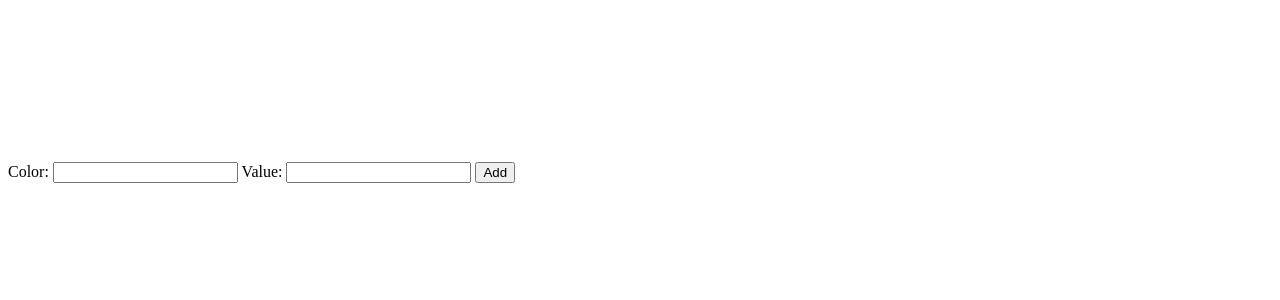
Repository: emiliaiwu/choice_wheel_spinner
Page: spin.html
The author's editor kept a copy of each file at every save. The page is drawn from the files as they stood at one save, then again after a run of saves.
The browser window is 1280 px wide. The pictures show the whole page.

Above is the page before, as saved 2023-01-11 03:12:37.

After the next 2 saves:
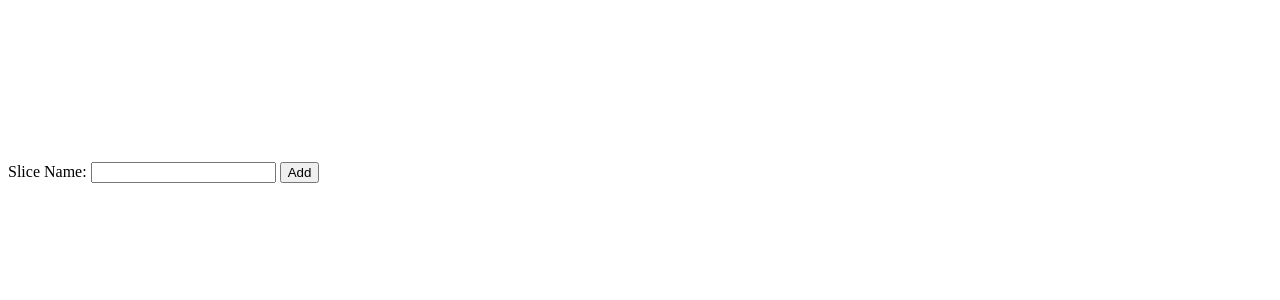
The 2 saves are shown as one change because they came seconds apart.
The last was saved 42 s later.
--- a/spin.html
+++ b/spin.html
@@ -7,16 +7,15 @@
     <title>Document</title>
 </head>
 <body>
-    <canvas id="pieChart"></canvas>
+ <canvas id="pieChart"></canvas>
 <div>
-  <label for="color">Color: </label>
-  <input type="text" id="color">
-  <label for="value">Value: </label>
-  <input type="text" id="value">
+  <label for="sliceName">Slice Name: </label>
+  <input type="text" id="sliceName">
   <button id="addBtn" onclick="addSlice()">Add</button>
 </div>
 <div id="sliceList">
 </div>
 
+
 </body>
 </html>
